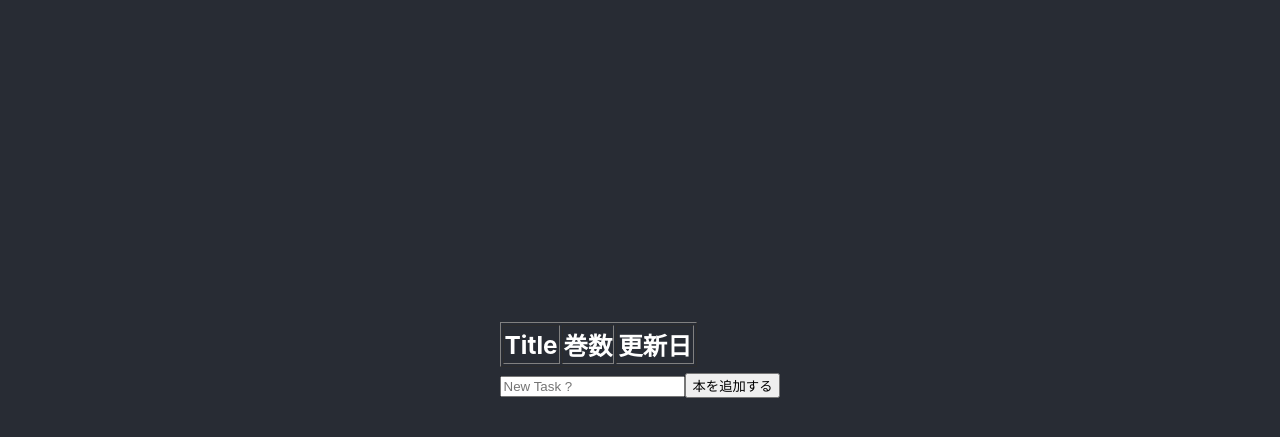
Repository: shotanobukuni/BooksManage
Page: / (app in frontend/app/)
These files come from the project's save history. The page is drawn as it stood at one moment and after the next save; the edit follows.
The browser window is 1280 px wide. The pictures show the whole page.
The page's requests for data from a server got no answer. The project was rebuilt for these pictures with package versions that can differ from the ones it lists, and the page was loaded fresh each time. No one was signed in, and anything a server would have sent is missing.

Above is the page before, as saved 2021-02-24 20:35:37.

After the next save:
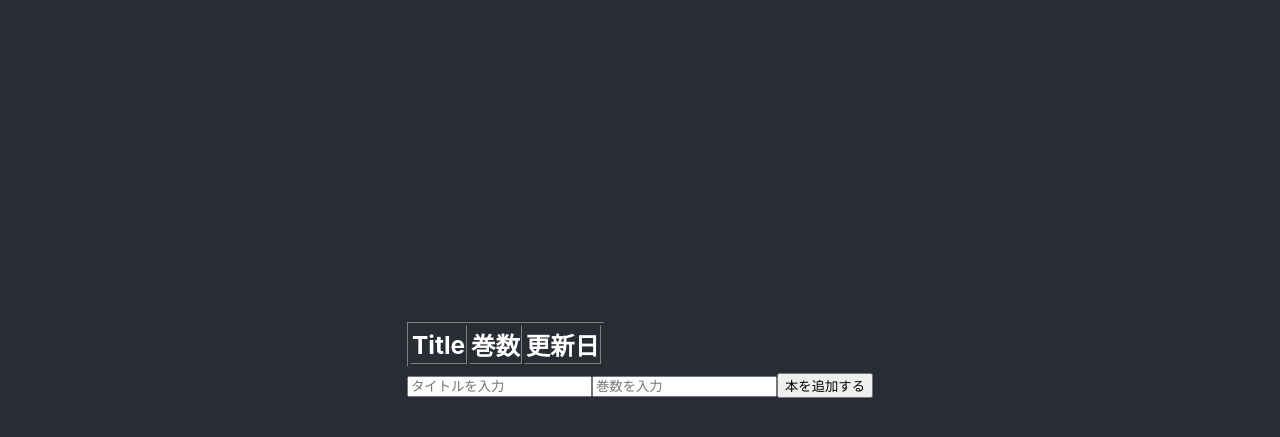
Saved 2 min 12 s later.
--- a/frontend/app/src/components/AddNewBook.js
+++ b/frontend/app/src/components/AddNewBook.js
@@ -3,7 +3,8 @@ import React from 'react'
 const AddNewBook = () => {
     return (
         <div>
-            <input type='text' name='title' placeholder='New Task ?' required />
+            <input type='text' name='title' placeholder='タイトルを入力' required />
+            <input type='text' name='turns' placeholder='巻数を入力' required />
             <button>本を追加する</button>
         </div>
     )
